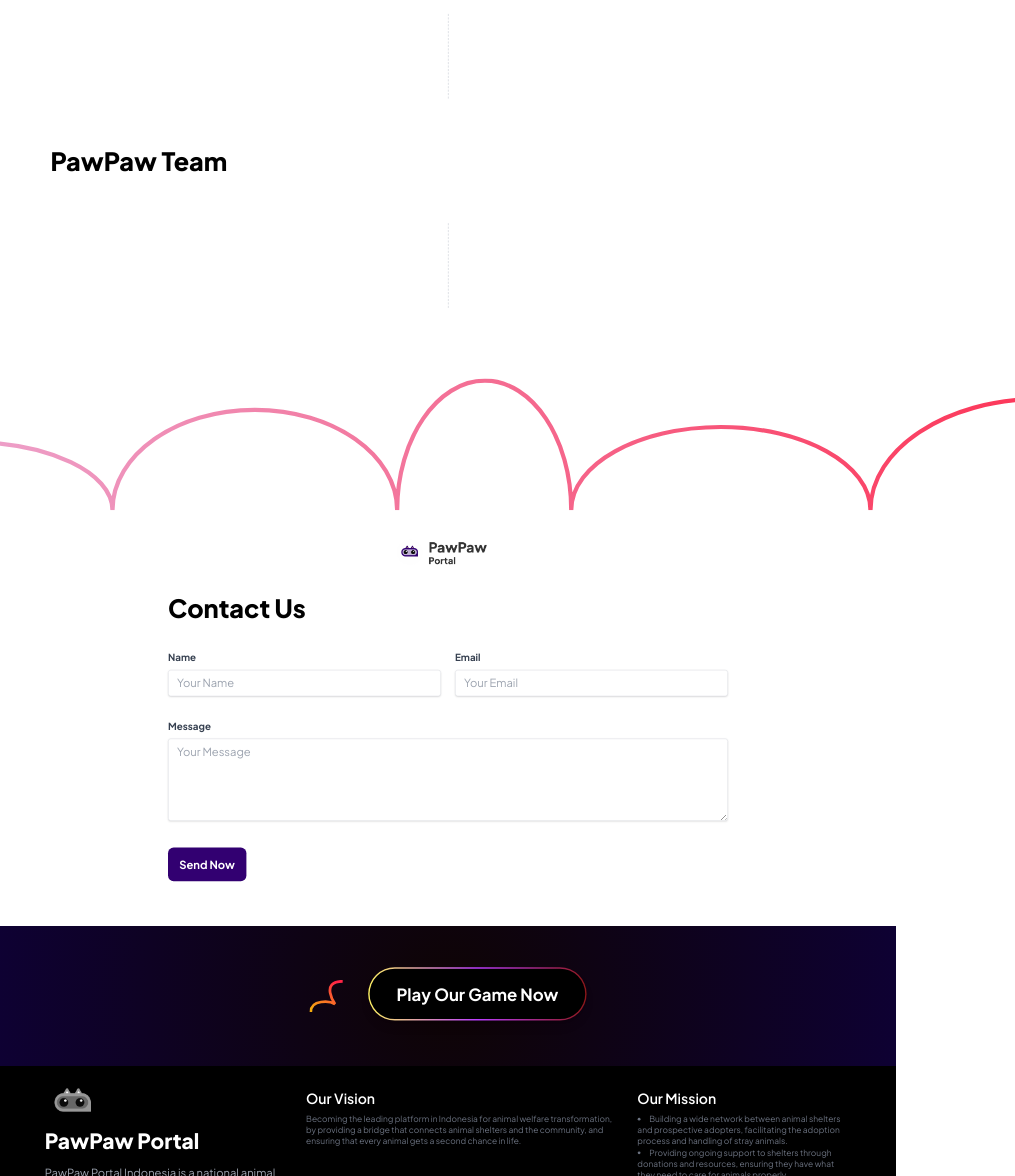
Repository: paskasiregar/pawpawwebsite
Page: /
These files come from the project's save history. The page is drawn as it stood at one moment and after the next save; the edit follows.
The browser window is 1280 px wide. The page is 1450 px wide, so the pictures cover 1450 px, including what lies to the right of the window. The pictures show the part of the page from y = 1557 to 3237 px (the page is 3492 px tall before and 3960 px after), at 70% of full size.
The project was rebuilt for these pictures with package versions that can differ from the ones it lists, and the page was loaded fresh each time. The framework's server and built-in components were replaced by stand-ins that run in the browser. Also part of the build but not shown: next.config.js, next.config.mjs.

Above is the page before, as saved 2024-09-06 11:30:35.

After the next save:
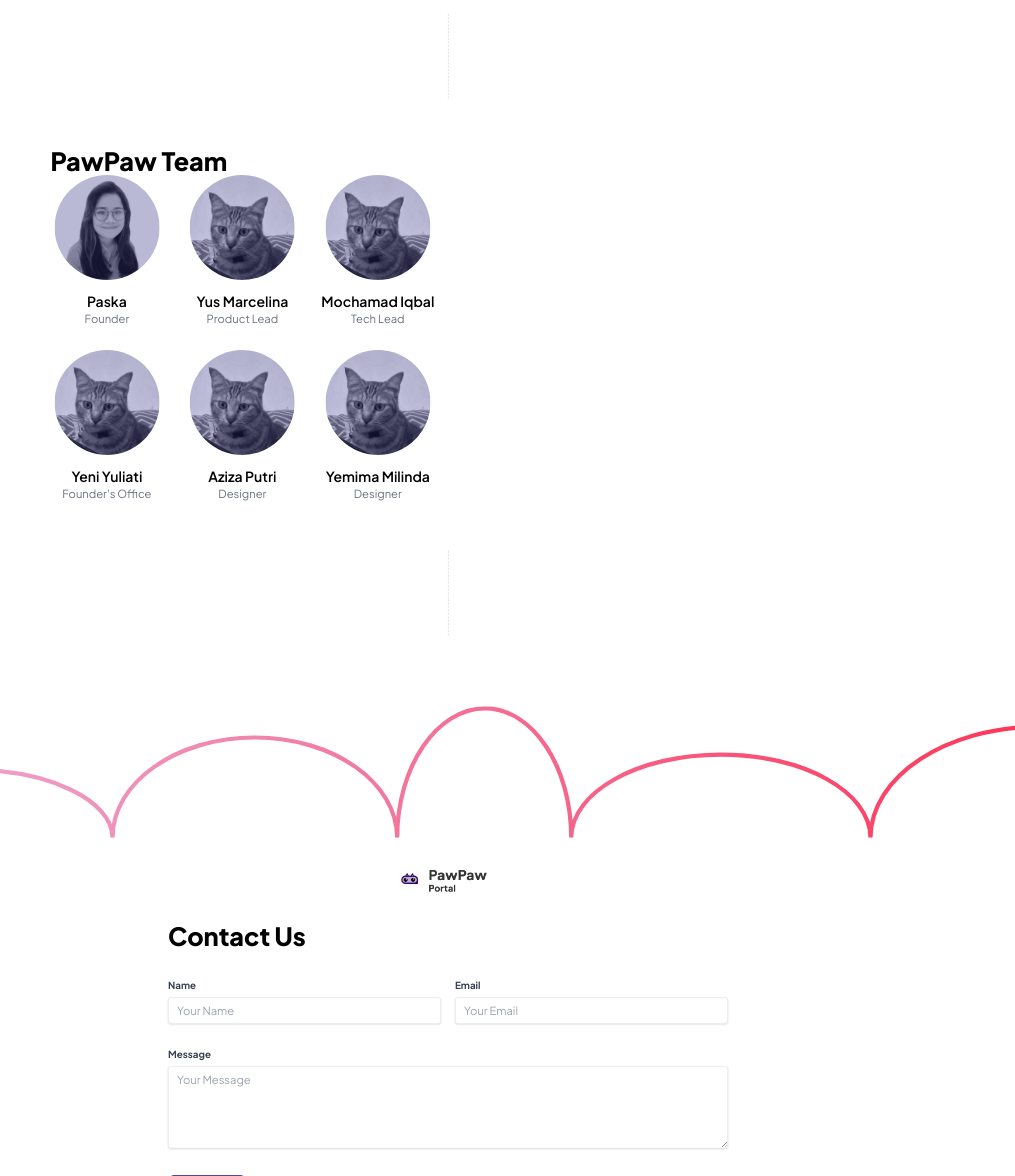
Saved 11 s later.
--- a/src/app/page.js
+++ b/src/app/page.js
@@ -141,6 +141,95 @@ export default async function Home() {
                   <div className="relative font-extrabold text-2xl md:text-4xl text-center md:text-center">
                     PawPaw Team
                   </div>
+                  <div className="grid grid-cols-1 md:grid-cols-2 lg:grid-cols-3 gap-6 md:gap-8">
+                    {/* Paska */}
+                    <div className="flex flex-col items-center">
+                      <Image
+                        className="rounded-full"
+                        alt="Paska"
+                        src={paska}
+                        width={150}
+                        height={150}
+                      />
+                      <div className="text-xl font-semibold mt-4">Paska</div>
+                      <div className="text-gray-500">Founder</div>
+                    </div>
+
+                    {/* Kak Yus */}
+                    <div className="flex flex-col items-center">
+                      <Image
+                        className="rounded-full"
+                        alt="Yus"
+                        src={piupiu}
+                        width={150}
+                        height={150}
+                      />
+                      <div className="text-xl font-semibold mt-4">
+                        Yus Marcelina
+                      </div>
+                      <div className="text-gray-500">Product Lead</div>
+                    </div>
+
+                    {/* Mas Iqbal */}
+                    <div className="flex flex-col items-center">
+                      <Image
+                        className="rounded-full"
+                        alt="Iqbal"
+                        src={piupiu}
+                        width={150}
+                        height={150}
+                      />
+                      <div className="text-xl font-semibold mt-4">
+                        Mochamad Iqbal
+                      </div>
+                      <div className="text-gray-500">Tech Lead</div>
+                    </div>
+
+                    {/* Julie */}
+                    <div className="flex flex-col items-center">
+                      <Image
+                        className="rounded-full"
+                        alt="Yeni Yuliati"
+                        src={piupiu}
+                        width={150}
+                        height={150}
+                      />
+                      <div className="text-xl font-semibold mt-4">
+                        Yeni Yuliati
+                      </div>
+                      <div className="text-gray-500">Founder's Office</div>
+                    </div>
+
+                    {/* Aziza */}
+                    <div className="flex flex-col items-center">
+                      <Image
+                        className="rounded-full"
+                        alt="Aziza Putri"
+                        src={piupiu}
+                        width={150}
+                        height={150}
+                      />
+                      <div className="text-xl font-semibold mt-4">
+                        Aziza Putri
+                      </div>
+                      <div className="text-gray-500">Designer</div>
+                    </div>
+
+                    {/* Yemima */}
+                    <div className="flex flex-col items-center">
+                      <Image
+                        className="rounded-full"
+                        alt="Yemima Milinda"
+                        src={piupiu}
+                        width={150}
+                        height={150}
+                      />
+                      <div className="text-xl font-semibold mt-4">
+                        Yemima Milinda
+                      </div>
+                      <div className="text-gray-500">Designer</div>
+                    </div>
+                  </div>
                 </div>
               </div>
             </div>
